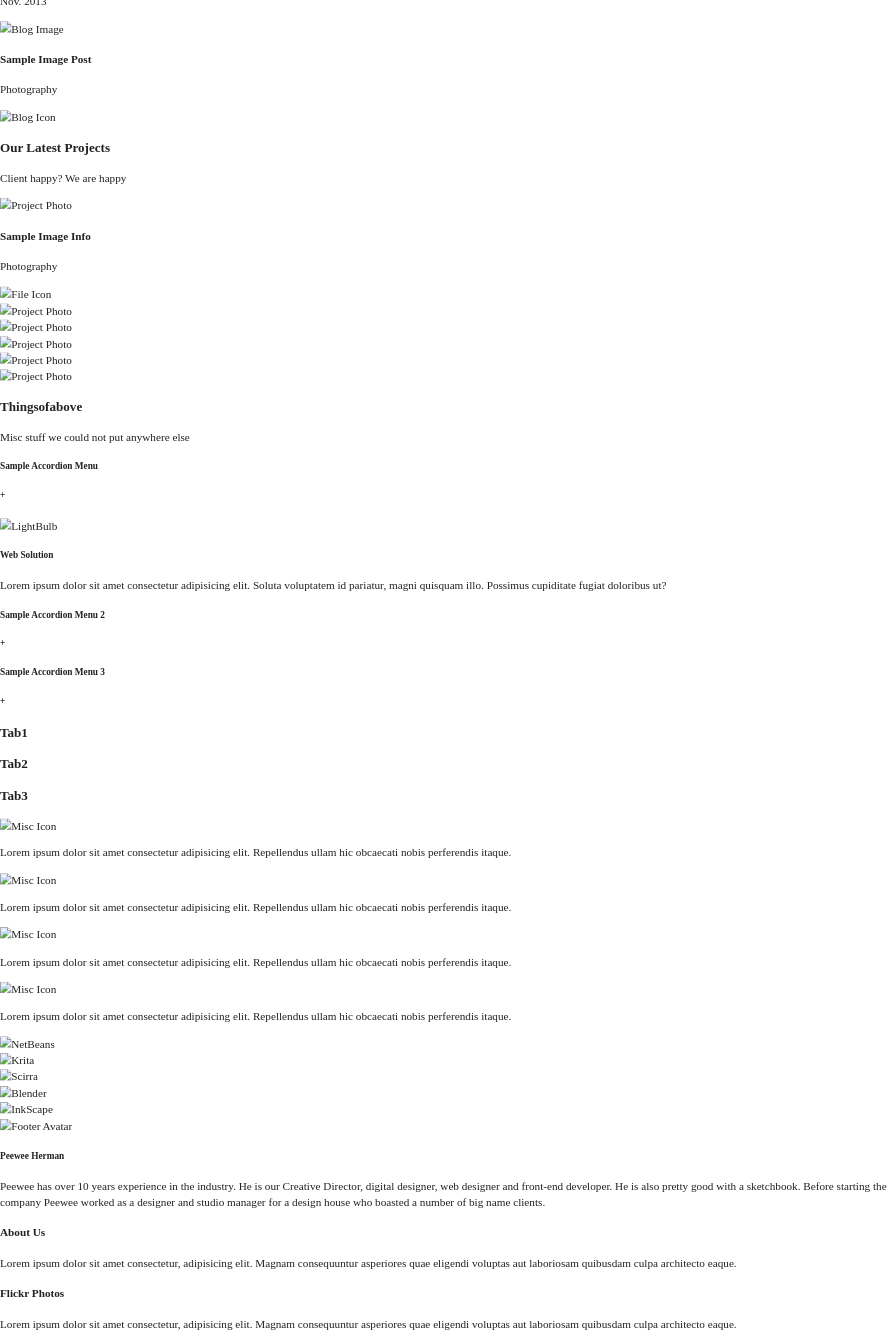
Repository: wilyyy/metrolics
Page: index.html
An editor plug-in stored every save of this project. The page is shown before and after a run of saves, followed by the edit.
The browser window is 1280 px wide. The pictures show the part of the page from y = 2228 to 4148 px (the page is 4148 px tall before and 4109 px after), at 70% of full size.

Above is the page before, as saved 2021-01-27 10:54:14.

After the next 2 saves:
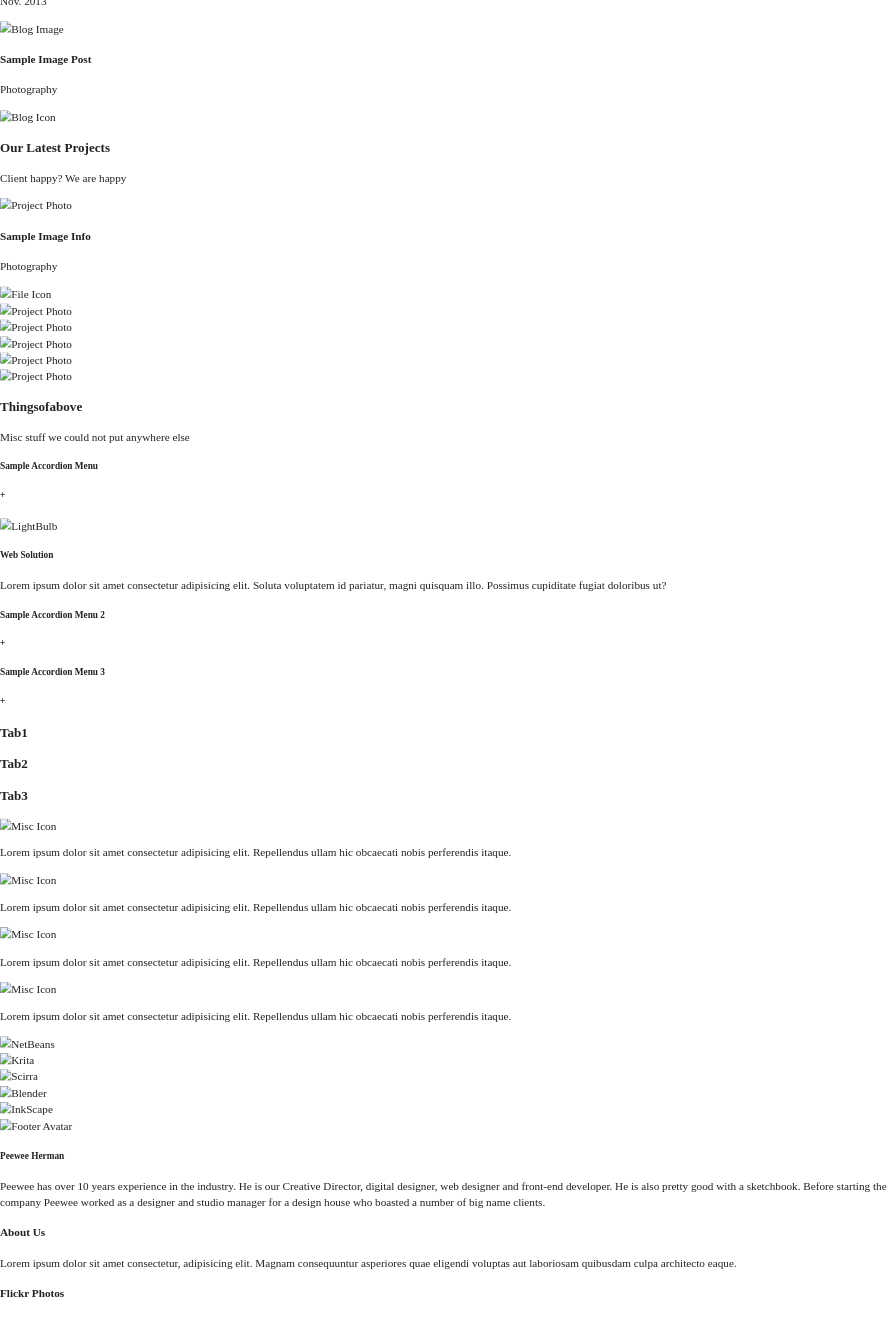
The 2 saves are shown as one change because they came seconds apart.
The last was saved 17 s later.
--- a/index.html
+++ b/index.html
@@ -374,9 +374,9 @@
 
       <div class="footer-info-container">
         <h4>Flickr Photos</h4>
-        <p>Lorem ipsum dolor sit amet consectetur, adipisicing elit.
-          Magnam consequuntur asperiores quae eligendi voluptas aut laboriosam quibusdam culpa architecto eaque.
-        </p>
+        <div class="flickr-photos-container">
+
+        </div>
       </div>
     </div>
   </footer>
